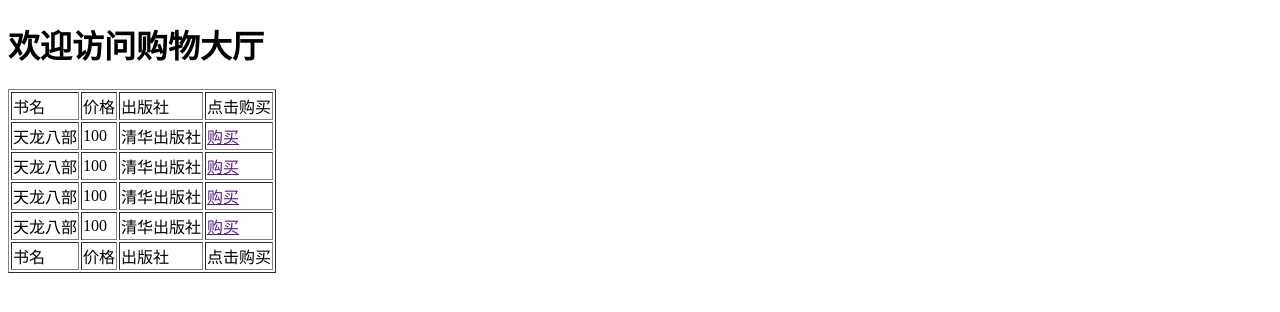
Repository: Elewei/learn-java
Page: http://localhost/shopcart/WEB-INF/hall.jsp
The author's editor kept a copy of each file at every save. The page is drawn from the files as they stood at one save, then again after the next save.
The browser window is 1280 px wide. The pictures show the whole page.
The page is served by Tomcat 9. Nobody is signed in. The template is opened directly, without the code that normally fills it, so the values that code supplies are empty.

Above is the page before, as saved 2016-12-02 13:21:54.

After the next save:
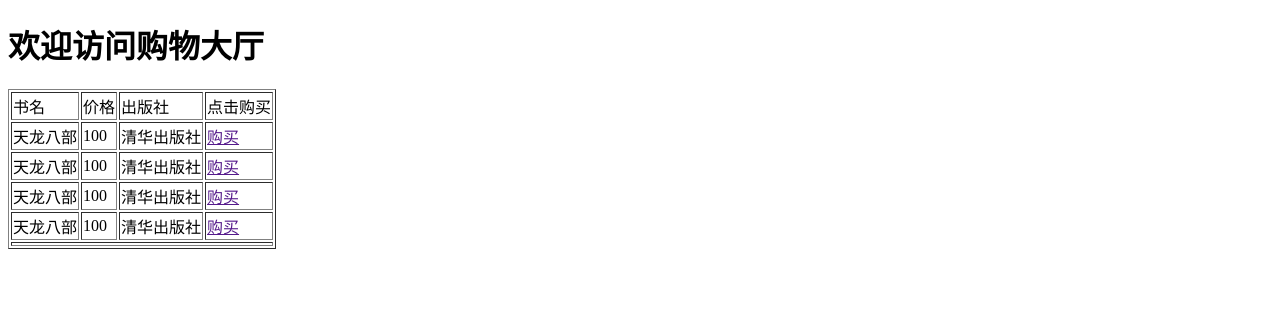
Saved 102 s later.
--- a/shopcart-system/shopcart/WebContent/WEB-INF/hall.jsp
+++ b/shopcart-system/shopcart/WebContent/WEB-INF/hall.jsp
@@ -14,7 +14,7 @@
 		<tr><td>天龙八部</td><td>100</td><td>清华出版社</td><td><a href="">购买</a></td></tr>
 		<tr><td>天龙八部</td><td>100</td><td>清华出版社</td><td><a href="">购买</a></td></tr>
 		<tr><td>天龙八部</td><td>100</td><td>清华出版社</td><td><a href="">购买</a></td></tr>
-		<tr><td>书名</td><td>价格</td><td>出版社</td><td>点击购买</td></tr>
+		<tr><td colspan="4"><inpput type="lookforcart"></td></tr>
 	</table>
 </body>
 </html>
